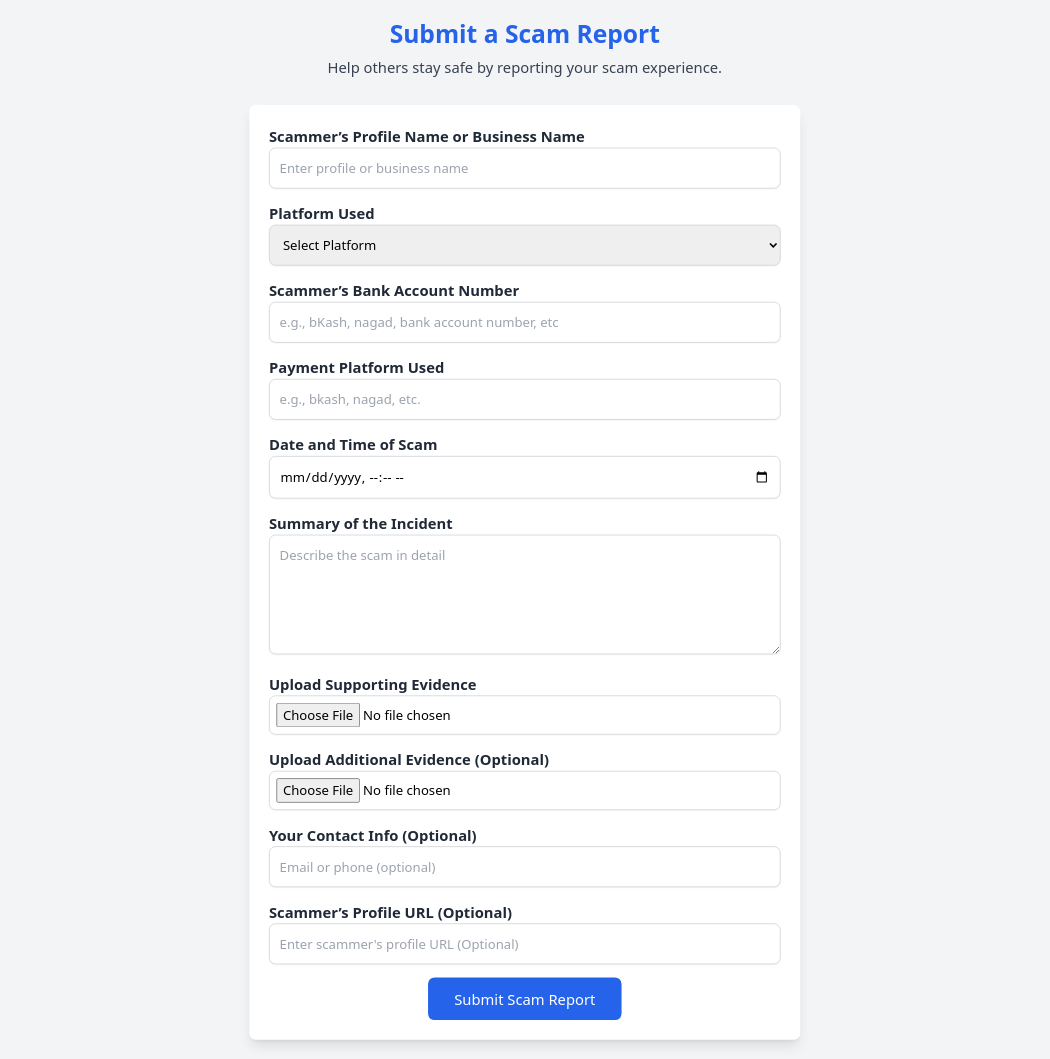
Repository: dev-athar/protarok
Page: /submit-scam
An editor plug-in stored every save of this project. The page is shown before and after the next save, followed by the edit.
The browser window is 1280 px wide. The pictures show the whole page, at 82% of full size.
The project was rebuilt for these pictures with package versions that can differ from the ones it lists, and the page was loaded fresh each time. Also part of the build but not shown: vite.config.ts, src/pages/HomePage.tsx, src/pages/SearchResultsPage.tsx.

Above is the page before, as saved 2024-12-29 15:16:46.

After the next save:
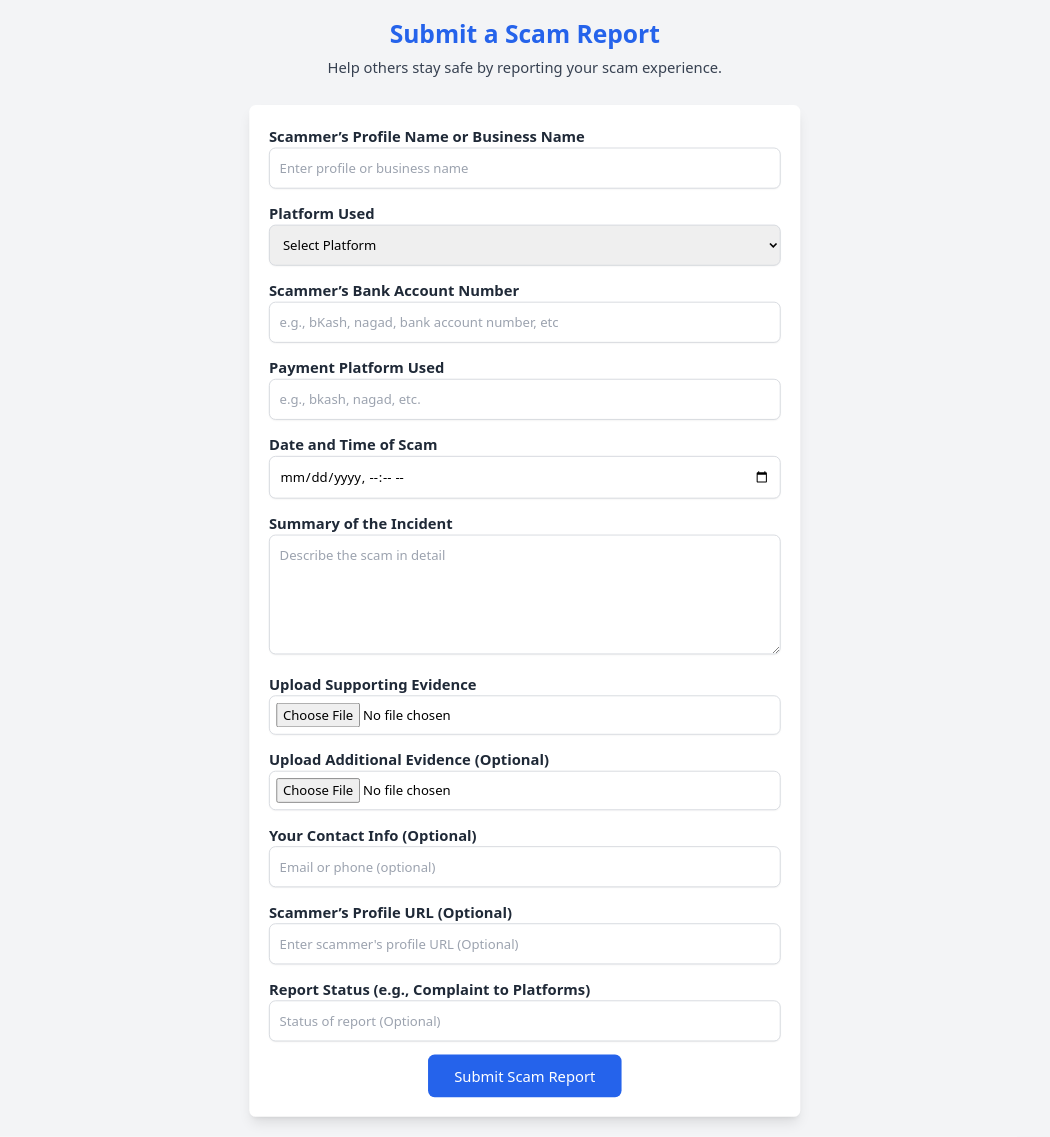
Saved 45 s later.
--- a/src/pages/SubmitScamPage.tsx
+++ b/src/pages/SubmitScamPage.tsx
@@ -271,6 +271,25 @@ const SubmitScamPage = () => {
             />
           </div>
 
+          {/* Report Status */}
+          <div className="mb-4">
+            <label
+              htmlFor="reportStatus"
+              className="block text-lg font-semibold text-gray-800"
+            >
+              Report Status (e.g., Complaint to Platforms)
+            </label>
+            <input
+              type="text"
+              id="reportStatus"
+              name="reportStatus"
+              value={formData.reportStatus}
+              onChange={handleChange}
+              className="w-full p-3 border border-gray-300 rounded-lg shadow-sm focus:outline-none focus:ring-2 focus:ring-blue-500"
+              placeholder="Status of report (Optional)"
+            />
+          </div>
+
           {/* Submit Button */}
           <div className="text-center">
             <button
